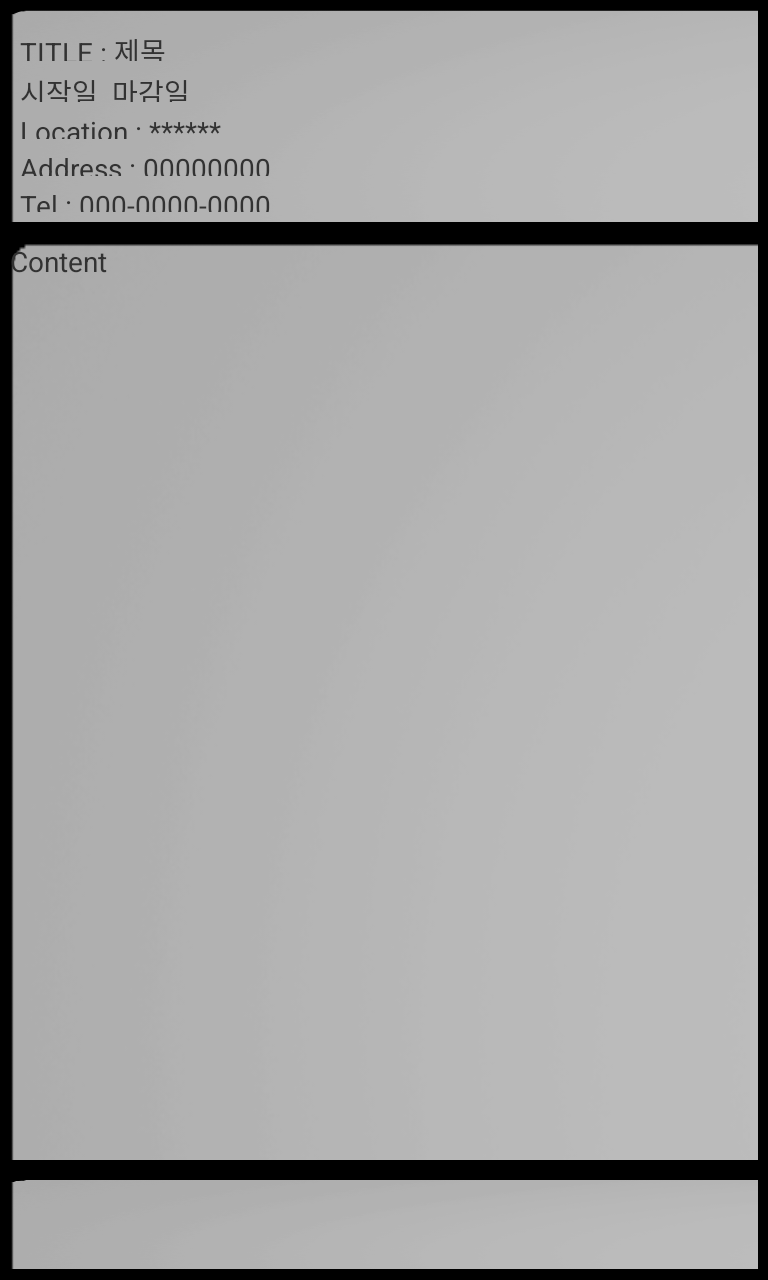
Repository: chlduq04/java
Layout: Culturemap/res/layout/detail.xml
An editor plug-in stored every save of this project. The layout is shown before and after the next save, followed by the edit.
It is drawn on a 768 x 1280 px phone screen (xhdpi) without system bars, with theme AppTheme; the app's code is not run.

Above is the layout before, as saved 2012-07-23 07:21:37.

### Culturemap/res/layout/detail.xml
<?xml version="1.0" encoding="utf-8"?>
<LinearLayout xmlns:android="http://schemas.android.com/apk/res/android"
    android:layout_width="match_parent"
    android:layout_height="match_parent"
    android:background="#000000"
    android:orientation="vertical" >

    <LinearLayout
        android:background="@drawable/content"
        android:layout_width="match_parent"
        android:layout_weight="0.15"
        android:layout_height="100dip"
        android:layout_margin="5dip"
        android:orientation="vertical"
        android:padding="5dip" >

        <LinearLayout
            android:layout_width="fill_parent"
            android:layout_height="wrap_content"
            android:layout_weight="1"
            android:paddingTop="5dip" >

            <TextView
                android:layout_width="wrap_content"
                android:layout_height="wrap_content"
                android:text="TITLE : " >
            </TextView>

            <TextView
                android:layout_width="wrap_content"
                android:layout_height="wrap_content"
                android:text="제목" >
            </TextView>
        </LinearLayout>

        <LinearLayout
            android:layout_width="fill_parent"
            android:layout_height="wrap_content"
            android:layout_weight="1"
            android:paddingTop="5dip" >

            <TextView
                android:layout_width="wrap_content"
                android:layout_height="wrap_content"
                android:text="시작일  " >
            </TextView>

            <TextView
                android:layout_width="wrap_content"
                android:layout_height="wrap_content"
                android:text="마감일" >
            </TextView>
        </LinearLayout>

        <LinearLayout
            android:layout_width="fill_parent"
            android:layout_height="wrap_content"
            android:layout_weight="1"
            android:paddingTop="5dip" >

            <TextView
                android:layout_width="wrap_content"
                android:layout_height="wrap_content"
                android:text="Location : " >
            </TextView>

            <TextView
                android:layout_width="wrap_content"
                android:layout_height="wrap_content"
                android:text="******" >
            </TextView>
        </LinearLayout>

        <LinearLayout
            android:layout_width="fill_parent"
            android:layout_height="wrap_content"
            android:layout_weight="1"
            android:paddingTop="5dip" >

            <TextView
                android:layout_width="wrap_content"
                android:layout_height="wrap_content"
                android:text="Address : " >
            </TextView>

            <TextView
                android:layout_width="wrap_content"
                android:layout_height="wrap_content"
                android:text="00000000" >
            </TextView>
        </LinearLayout>

        <LinearLayout
            android:layout_width="fill_parent"
            android:layout_height="wrap_content"
            android:layout_weight="1"
            android:paddingTop="5dip" >

            <TextView
                android:layout_width="wrap_content"
                android:layout_height="wrap_content"
                android:text="Tel : " >
            </TextView>

            <TextView
                android:layout_width="wrap_content"
                android:layout_height="wrap_content"
                android:text="000-0000-0000" >
            </TextView>
        </LinearLayout>
    </LinearLayout>

    <LinearLayout
        android:background="@drawable/content"
        android:layout_width="match_parent"
        android:layout_height="200dip"
        android:layout_margin="5dip"
        android:layout_margin="5dip"
        android:layout_weight="6"
        android:orientation="vertical" >

        <TextView
            android:layout_width="fill_parent"
            android:layout_height="fill_parent"
            android:text="Content" />
    </LinearLayout>

    <LinearLayout
        android:background="@drawable/content"
        android:layout_width="match_parent"
        android:layout_height="10dip"
        android:layout_margin="5dip"
        android:layout_margin="5dip"
        android:layout_weight="0.8"
        android:orientation="vertical" >
    </LinearLayout>

</LinearLayout>

Loaded but not shown: Culturemap/res/values/styles.xml (common file)

After the next save:
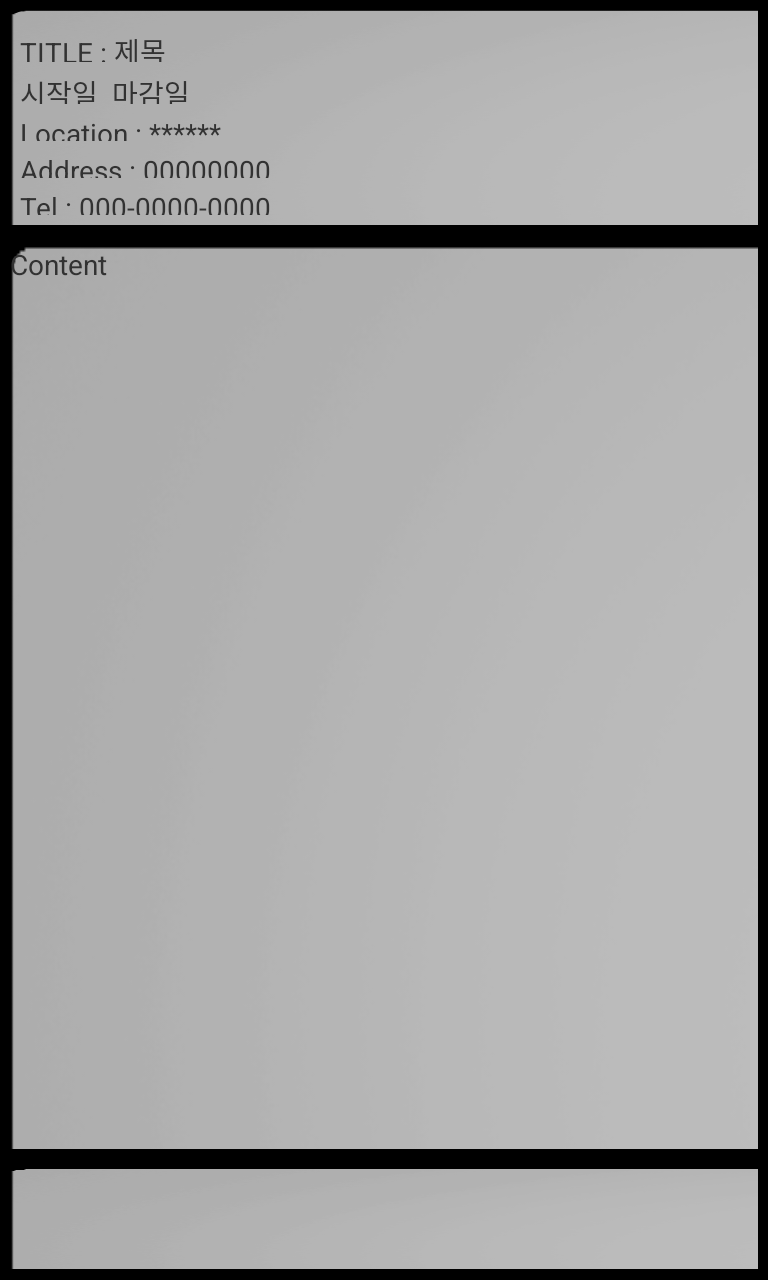
Saved 9 s later.
--- a/Culturemap/res/layout/detail.xml
+++ b/Culturemap/res/layout/detail.xml
@@ -113,7 +113,7 @@
     <LinearLayout
         android:background="@drawable/content"
         android:layout_width="match_parent"
-        android:layout_height="200dip"
+        android:layout_height="150dip"
         android:layout_margin="5dip"
         android:layout_margin="5dip"
         android:layout_weight="6"
